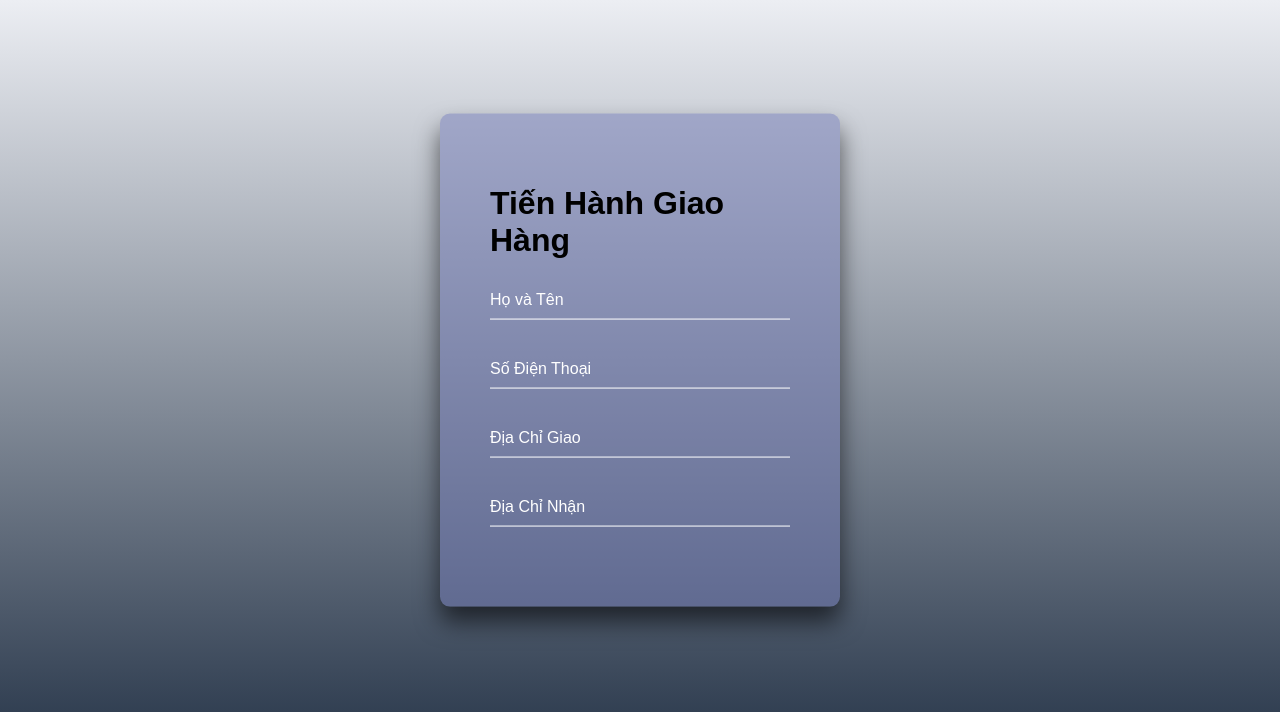
Repository: Pnguyen285/Demo
Page: Giao diện/index.html
The author's editor kept a copy of each file at every save. The page is drawn from the files as they stood at one save, then again after the next save.
The browser window is 1280 px wide. The pictures show the whole page.

Above is the page before, as saved 2023-07-27 22:01:26.

### Giao diện/index.html
<!DOCTYPE html>
<html lang="en">
<head>
  <meta charset="UTF-8">
  <meta name="viewport" content="width=device-width, initial-scale=1.0">
  <title>Document</title>
  <link rel="stylesheet" type="" href="style.css">
</head>
<body>
  <div class="login-box">
    <h1>Tiến Hành Giao Hàng</h1>
    <form>
      <div class="user-box">
        <input type="text" name="" required="">
        <label>Họ và Tên</label>
      </div>
      <div class="user-box">
        <input type="text" name="" required="">
        <label>Số Điện Thoại</label>
      </div>
      <div class="user-box">
        <input type="text" name="" required="">
        <label>Địa Chỉ Giao</label>
      </div>
      <div class="user-box">
        <input type="text" name="" required="">
        <label>Địa Chỉ Nhận</label>
      </div>

    </form>
  </div>
</body>
</html>

### Giao diện/style.css
html {
  height: 100%;
}
body {
  margin:0;
  padding:0;
  font-family: sans-serif;
  background: linear-gradient(#eceef3, #303e51);
}

.login-box {
  position: absolute;
  top: 50%;
  left: 50%;
  width: 400px;
  padding: 50px;
  transform: translate(-50%, -50%);
  background: rgba(116, 124, 184, 0.5);
  box-sizing: border-box;
  box-shadow: 0 15px 25px rgba(0,0,0,.6);
  border-radius: 10px;
}

.login-box h2 {
  margin: 0 0 30px;
  padding: 0;
  color: #fff;
  text-align: center;
}

.login-box .user-box {
  position: relative;
}

.login-box .user-box input {
  width: 100%;
  padding: 10px 0;
  font-size: 16px;
  color: #0b0909;
  margin-bottom: 30px;
  border: none;
  border-bottom: 1px solid #fff;
  outline: none;
  background: transparent;
}
.login-box .user-box label {
  position: absolute;
  top:0;
  left: 0;
  padding: 10px 0;
  font-size: 16px;
  color: #fff;
  pointer-events: none;
  transition: .5s;
}

.login-box .user-box input:focus ~ label,
.login-box .user-box input:valid ~ label {
  top: -20px;
  left: 0;
  color: #0a0704;
  font-size: 12px;
}

After the next save:
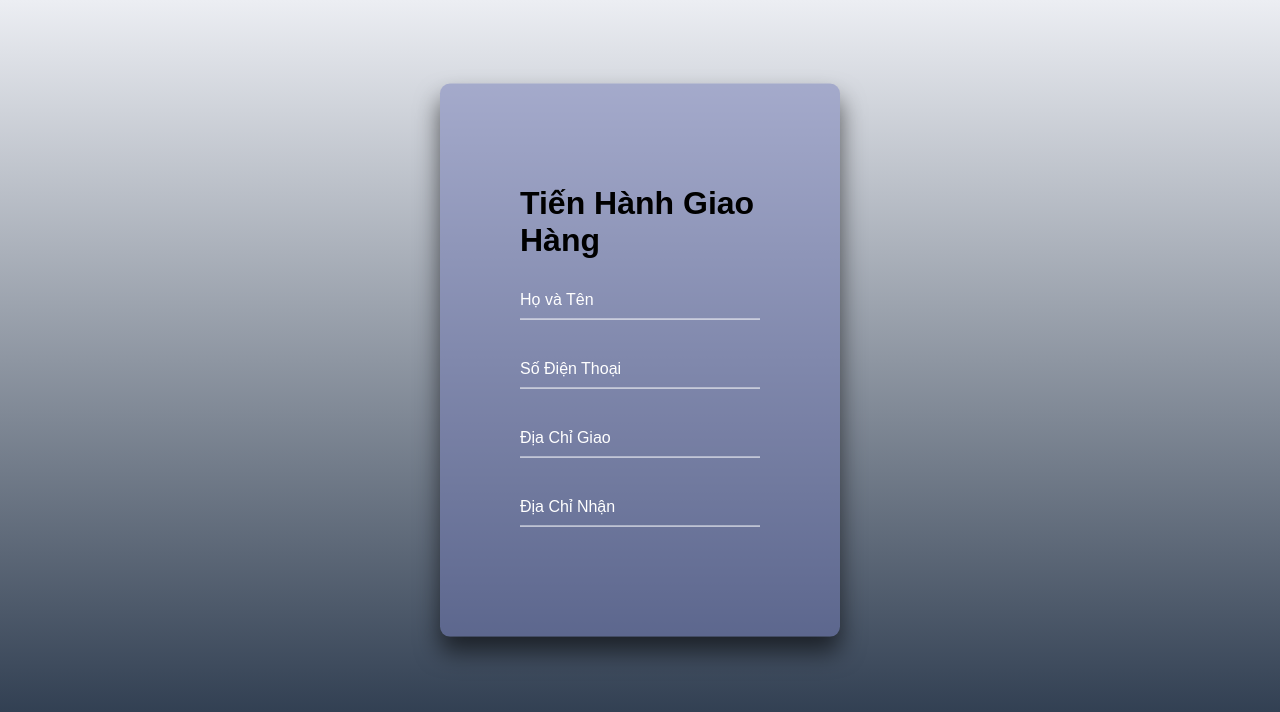
Saved 5 s later.
--- a/Giao diện/style.css
+++ b/Giao diện/style.css
@@ -13,7 +13,7 @@ body {
   top: 50%;
   left: 50%;
   width: 400px;
-  padding: 50px;
+  padding: 80px;
   transform: translate(-50%, -50%);
   background: rgba(116, 124, 184, 0.5);
   box-sizing: border-box;
